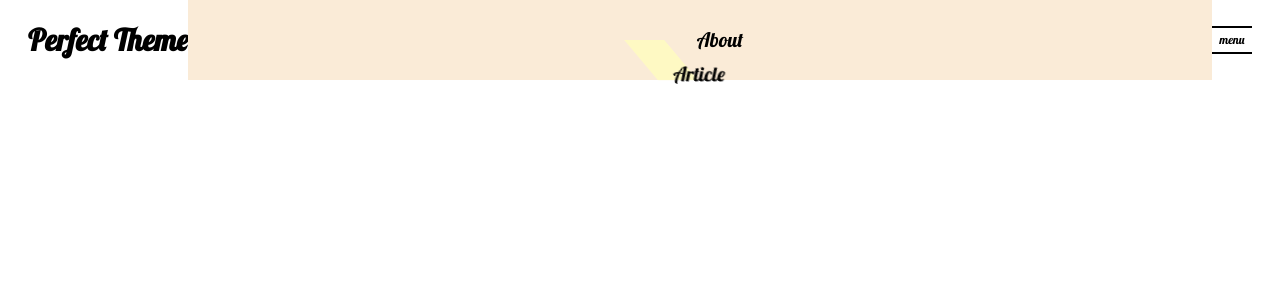
Repository: hsumyatm7308/laravel-blog
Page: blogweb/resources/views/blog/headerlayout.html
These files come from the project's save history. The page is drawn as it stood at one moment and after the next save; the edit follows.
The browser window is 1280 px wide. The pictures show the whole page.
Some web libraries are served in a nearby version.

Above is the page before, as saved 2023-09-04 15:53:09.

After the next save:
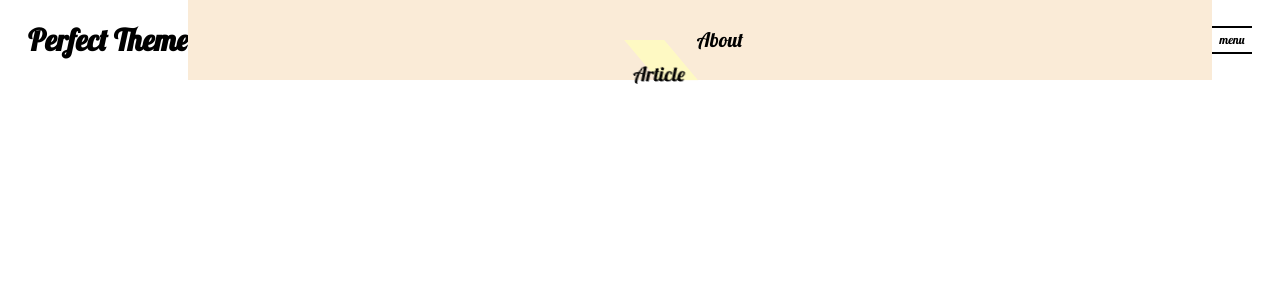
Saved 7 s later.
--- a/blogweb/resources/views/blog/headerlayout.html
+++ b/blogweb/resources/views/blog/headerlayout.html
@@ -34,7 +34,7 @@
 
     .article {
         position: fixed;
-        left: 50%;
+        left: -50%;
 
         transform: translateX(-50px);
 
